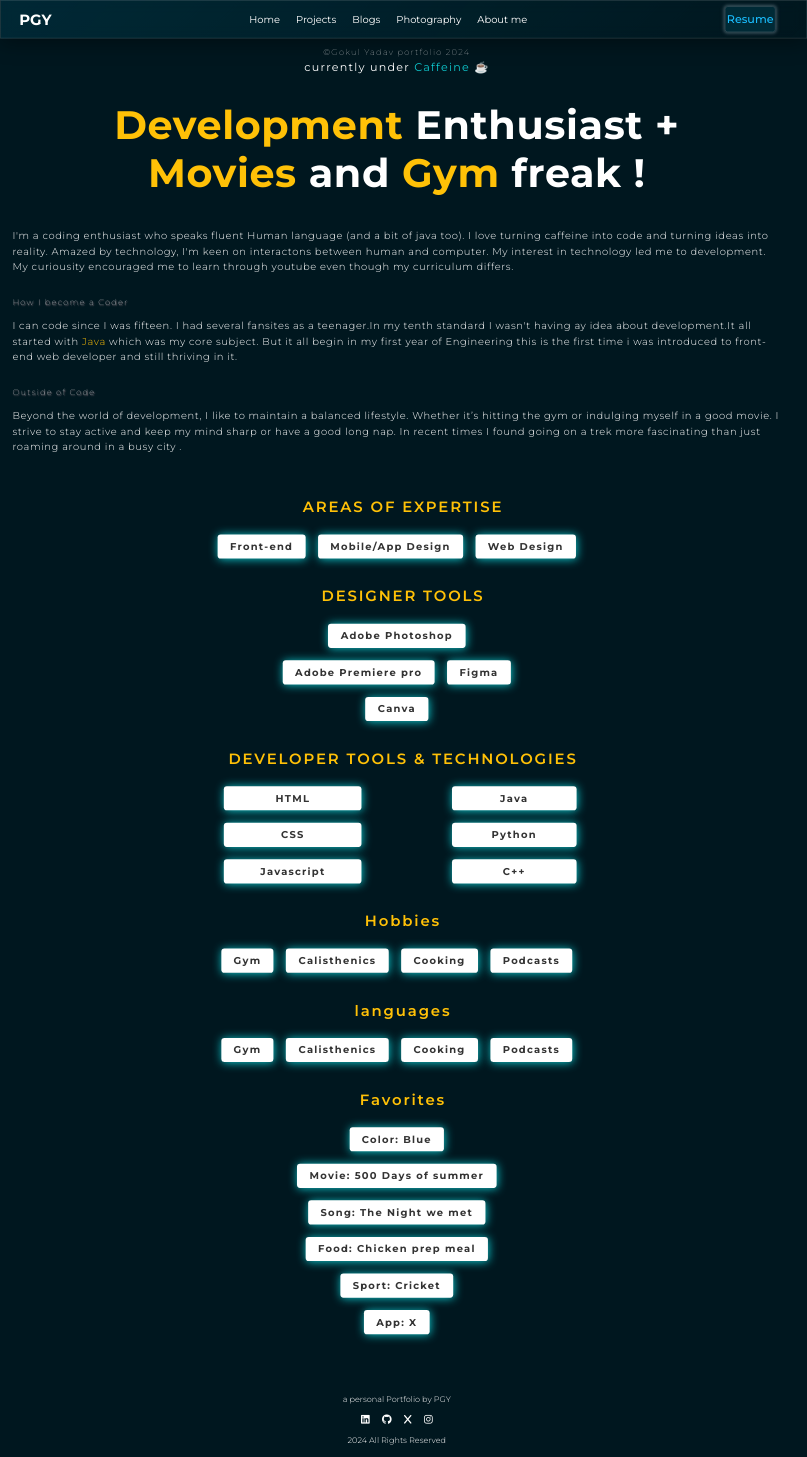
Repository: pgyunknown/pgyunknown
Page: aboutme.html
These files come from the project's save history. The page is drawn as it stood at one moment and after the next save; the edit follows.
The browser window is 1280 px wide. The page is 1302 px wide, so the pictures cover 1302 px, including what lies to the right of the window. The pictures show the whole page, at 62% of full size.
Some web libraries are served in a nearby version.

Above is the page before, as saved 2024-08-25 14:55:14.

### aboutme.html
<!DOCTYPE html>
<html lang="en">
<head>
    <meta charset="UTF-8">
    <meta name="viewport" content="width=device-width, initial-scale=1.0">
    <title>Personal portfolio</title>
    <link rel="stylesheet" href="aboutme.css">
    <link rel="preconnect" href="https://fonts.googleapis.com">
<link rel="preconnect" href="https://fonts.gstatic.com" crossorigin>
<link href="https://fonts.googleapis.com/css2?family=Libre+Baskerville:ital,wght@0,400;0,700;1,400&family=Montserrat:ital,wght@0,100..900;1,100..900&family=Titillium+Web:ital,wght@0,200;0,300;0,400;0,600;0,700;0,900;1,200;1,300;1,400;1,600;1,700&display=swap" rel="stylesheet">
<link rel="stylesheet" href="https://cdnjs.cloudflare.com/ajax/libs/font-awesome/6.6.0/css/all.min.css" integrity="sha512-Kc323vGBEqzTmouAECnVceyQqyqdsSiqLQISBL29aUW4U/M7pSPA/gEUZQqv1cwx4OnYxTxve5UMg5GT6L4JJg==" crossorigin="anonymous" referrerpolicy="no-referrer" />
</head>
<body>

    <header class="h">
        <div class="pgy_con">
                <div class="pgy"><a href="#">PGY</a></div>
        </div>
        <nav>
                <div class="nav_bar">
                <a href="index.html" id="home">Home</a>
                <a href="project.html"id="projects">Projects</a>
                <a href="blog.html"id="blogs">Blogs</a>
                <a href="photography.html"id="photo">Photography</a>
                <a href="aboutme.html"id="About">About me</a>
                </div>
            </nav>
        <div class="resume_con">
                <button onclick="alert('Resume yet to be uploaded')">Resume</button>
        </div>
    </header>

    <main>
        <div class="caption">
        <div class="caption1"><p><span>&#169;</span>Gokul Yadav portfolio 2024</p></div>
        <div class="caption2"><p>currently under <span>Caffeine</span> &#9749</p></div>
    </div>

    <div class="about">
        <div class="about1"><h1><span>Development</span> Enthusiast +</h1></div>
        <div class="about2"><h1><span>Movies</span> and <span>Gym</span> freak !</h1></div>
    </div>

    <div class="aboutme">
        <p>I'm a coding enthusiast who speaks fluent Human language (and a bit of java too). I love turning caffeine into code and turning ideas into reality. Amazed by technology, I'm keen on interactons between human and computer. My interest in technology led me to development. My curiousity encouraged me to learn through youtube even though my curriculum differs.</p><br><br>
        <h5>How I become a Coder</h5><br>
        <p>I can code since I was fifteen. I had several fansites as a teenager.In my tenth standard I wasn't having ay idea about development.It all started with <span>Java</span> which was my core subject. But it all begin  in my first year of Engineering this is the first time i was introduced to front-end web developer and still thriving in it.</p><br><br>
        <h5>Outside of Code</h5><br>
        <p>Beyond the world of development, I like to maintain a balanced lifestyle. Whether it’s hitting the gym or indulging myself in a good movie. I strive to stay active and keep my mind sharp or have a good long nap. In recent times I found going on a trek more fascinating than just roaming around in a  busy city .</p>

    </div>

    <div class="container">
        <div class="heading">
            <h1>AREAS OF EXPERTISE</h1>
        </div>
        <div class="areas">
            <ul>
                <li>Front-end</li>
                <li>Mobile/App Design</li>
                <li>Web Design</li>
            </ul>
        </div><br><br>
        <div class="heading">
            <h1>DESIGNER TOOLS</h1>
        </div>
        <div class="tools">
            <div class="column">
                <ul>
                    <li>Adobe Photoshop</li>
                    <li>Adobe Premiere pro</li>
                    <li>Figma</li>
                    <li>Canva</li>
                </ul>
            </div>
            <!-- <div class="column">
                <ul>
                    <li>Adobe Illustrator</li>
                    <li>Adobe InDesign</li>
                    <li>FigJam</li>
                    <li>Zeplin</li>
                    <li>SketchUp</li>
                </ul>
            </div> -->
        </div><br><br>
        <div class="heading">
            <h1>DEVELOPER TOOLS & TECHNOLOGIES</h1>
        </div>
        <div class="technologies">
            <div class="column">
                <ul>
                    <li>HTML</li>
                    <li>CSS</li>
                    <li>Javascript</li>
                </ul>
            </div>
            <div class="column">
                <ul>
                    <li>Java</li>
                    <li>Python</li>
                    <li>C++</li>
                </ul>
            </div>
        </div><br><br>

                <div class="heading">
            <h1>Hobbies</h1>
        </div>
        <div class="areas">
            <ul>
                    <li>Gym</li>
                    <li>Calisthenics</li>
                    <li>Cooking</li>
                    <li>Podcasts</li>
            </ul>
        </div><br><br>



                <div class="heading">
            <h1>languages</h1>
        </div>
        <div class="areas">
            <ul>
                    <li>Gym</li>
                    <li>Calisthenics</li>
                    <li>Cooking</li>
                    <li>Podcasts</li>
            </ul>
        </div><br><br>


        <div class="heading">
            <h1>Favorites</h1>
        </div>
        <div class="fav">
            <ul>
                    <li>Color: Blue</li>
                    <li>Movie: 500 Days of summer</li>
                    <li>Song: The Night we met</li>
                    <li>Food: Chicken prep meal</li>
                    <li>Sport: Cricket</li>
                    <li>App: X</li>
            </ul>
        </div><br><br>
    </main>

    <footer>
        <div class="footer_port">a personal Portfolio by PGY</div>
        <div class="footer_icons">
            <a href="https://www.linkedin.com/in/p-gokul-yadav-82548a295?utm_source=share&utm_campaign=share_via&utm_content=profile&utm_medium=android_app" alt="Gokul's linkedin profile" target="_blank"><i class="fa-brands fa-linkedin"></i></a>
            <a href="https://github.com/pgyunknown" alt="Gokul Github profile" target="_blank" alt="Gokul's Github profile" ><i class="fa-brands fa-github"></i></a>
            <a href=" https://x.com/cody_hunk?t=EkARfGCWhhBT_BHbby4DGw&s=08 " target="_blank" alt="Gokul's X profile" ><i class="fa-brands fa-x" ></i></a>
            <a href="#" target="_blank" alt="Gokul's fa-instagram profile" ><i class="fa-brands fa-instagram" ></i></a>
        </div>
        <div class="copyrights">2024 All Rights Reserved</div>
    </footer>

### aboutme.css
*{margin: 0px;
    padding: 0px;
}
body{
    background-color: #00171F;
    color: white;
    box-sizing: border-box;


}
a{
    text-decoration: none;
    color: inherit;
}

header{
    display: flex;
    justify-content: space-between;
    align-items: center;
    padding: 10px;
    /* Glassy effect */
    background: linear-gradient(135deg, rgba(0, 200, 255, 0.1), rgba(255, 255, 255, 0));
    backdrop-filter: blur(10px);
    -webkit-backdrop-filter: blur(10px);
    border:1px solid rgba(255, 255, 255, 0.18);
    box-shadow: 0 8px 32px 0 rgba(0, 0, 0, 0.37);
    overflow: hidden;
    position: sticky; /* Set the navbar to fixed position */
    top: 0; /* Position the navbar at the top of the page */
    height: 40px;
    width: 100%;
}

.pgy_con
{
    margin-left: 20px;
    font-family: "Montserrat", sans-serif;
    font-optical-sizing: auto;
    font-size: x-large;
    font-weight: 700;
    font-style: normal;
    align-items: end;

}

.pgy_con .pgy a{
    text-decoration: none;
}
.nav_bar {
        /* height: 50px; */
    width: 500px;
    display: flex;
    justify-content: space-evenly;
    transition-property: all;
    transition-timing-function: ease-in-out;
    transition-delay: 1s;
}

.nav_bar a{
    box-sizing: border-box;
    font-family: "Montserrat", sans-serif;
    font-optical-sizing: auto;
    font-weight: 400;
    font-style: normal;
    text-decoration: none;
    justify-content: space-around;
    align-items: center;
    padding-top:10px;
    padding-bottom :10px;
    /* padding-right:10px ;
    padding-left:10px ; */
}

.nav_bar a:hover{
    color: #FFC107;
    text-shadow: #FFC107 0px 0px  1px;
    border-bottom: 0.5px solid #FFC107;


}


.resume_con {
    display: flex;
    justify-content: center;
    margin-right: 20px;
    background-color: #00171F;
    margin-right: 40px;
}
.resume_con button{
    background-color:rgba(0, 200, 255, 0.1);
    box-sizing: content-box;
    height: 2.5rem;
    width: 5rem;
    font-family: "Montserrat", sans-serif;
    font-optical-sizing: auto;
    font-size: large;
    font-weight: 500;
    font-style: normal;
    color: #1ABEFF;
    border: 0.0001px solid #3c555f;
    border-radius: 0.3rem;
    box-shadow: 0px 0px 5px 2px #3c555f;

}

main{
    height: 100%;
    width: 100%;
    position: relative;
}
main .caption{
    line-height: 25px;
    letter-spacing: 2px;
    display: flex;
    flex-direction:column;
    justify-content: top;
    align-items: center;
    margin: 10px;
    padding-bottom: 30px;
    /* color: #1ABEFF;
    border: 0.0001px solid #3c555f;
    border-radius: 0.3rem;
    box-shadow: 0px 0px 5px 2px #3c555f; */

}

main .caption .caption1{
    font-family: "Montserrat", sans-serif;
    font-optical-sizing: auto;
    font-size: smaller;
    font-weight: 100;
    font-style: normal;
}

main .caption .caption2{
    font-family: "Montserrat", sans-serif;
    font-optical-sizing: auto;
    font-size: large;
    font-weight: 400;
    font-style: normal;
}

main .caption .caption2 span{
    color: #0ecad0;
}

main .about{
    display: flex;
    flex-direction:column;
    justify-content: top;
    align-items: center;
    margin: 10px;
    padding-bottom: 30px;
    letter-spacing: 1px;

    font-family: "Montserrat", sans-serif;
    font-optical-sizing: auto;
    font-size: xx-large;
    font-weight: 400;
    font-style: normal;
}

main .aboutme{
    margin: 20px;
}
main .about span{
    color: #FFC107;
}

main .aboutme h5{
    font-family: "Montserrat", sans-serif;
    font-optical-sizing: auto;
    font-size: light;
    font-weight: 100;
    font-style: normal;
    letter-spacing: 2px;
    text-shadow: 1px 1px 2px pink;
}
main .aboutme p{
    letter-spacing: 1px;
    line-height: 25px;

    font-family: "Montserrat", sans-serif;
    font-optical-sizing: auto;
    font-size: normal;
    font-weight: 300;
    font-style: normal;
}

main .aboutme span{
    color: #FFC107;
}

.container {
    width: 80%;
    margin: 0 auto;
    padding: 50px 0;
    text-align: center;
}
.heading {
    margin-bottom: 20px;
}
.heading h1 {
    letter-spacing: 3px;
    color: #FFC107;
    font-size: 24px;
    margin-left: 20px;
    font-family: "Montserrat", sans-serif;
    font-optical-sizing: auto;
    font-size: x-large;
    font-weight: 600;
    font-style: normal;
    align-items: end;

}
.areas ul,
.tools ul,
.technologies ul {
    list-style: none;
    padding: 0;
    margin: 0;
    display: flex;
    flex-direction: row;
    flex-wrap: wrap;
    justify-content: center;
    letter-spacing: 2px;

        /* font-size: 24px;
    margin-left: 20px; */
    font-family: "Montserrat", sans-serif;
    font-optical-sizing: auto;
    font-size: normal;
    font-weight: 700;
    font-style: bold;
}
.areas li,
.tools li,
.technologies li {
    background-color: #fff;
    padding: 10px 20px;
    margin: 10px;
    border-radius: 5px;
    color: #333;
    box-shadow: 1px 1px 15px #0ecad0;
}
.tools,
.technologies {
    display: flex;
    justify-content: center;
    align-items: center;
}
.tools .column,
.technologies .column li{
    width: 48%;
    display: flex;
    flex-direction: column;
}
.designed {
    margin-top: 50px;
    font-size: 14px;
    color: #666;
}
/* .container .fav{
    width: 100%;
} */
.fav ul{
        list-style: none;
    padding: 0;
    margin: 0;
    display: flex;
    flex-direction: column;
    flex-wrap: wrap;
    justify-content: center;
    align-items: center;
    letter-spacing: 2px;
/* width: 500px; */
    font-family: "Montserrat", sans-serif;
    font-optical-sizing: auto;
    font-size: normal;
    font-weight: 700;
    font-style: bold;
}
.fav li{
    background-color: #fff;
    padding: 10px 20px;
    margin: 10px;
    border-radius: 5px;
    color: #333;
    box-shadow: 1px 1px 15px #0ecad0;
}



footer{
    display: flex;
    flex-direction:column;
    justify-content: space-evenly;
    align-items: center;
    margin-bottom: 20px;

    font-family: "Montserrat", sans-serif;
    font-optical-sizing: auto;
    font-size: small;
    font-weight: 300;
    font-style: normal;
}

.footer_icons{
    display: flex;
    justify-content: center;
    align-items: center;
    width: 50px;
    height: 50px;
}



.copyrights{
    display: flex;
    justify-content: center;
    align-items: center;
}

.footer_icons a{
font-size: medium;
padding: 10px;
width: 50px;
height: 50px;
display: flex;
justify-content: center;
align-items: center;

}

After the next save:
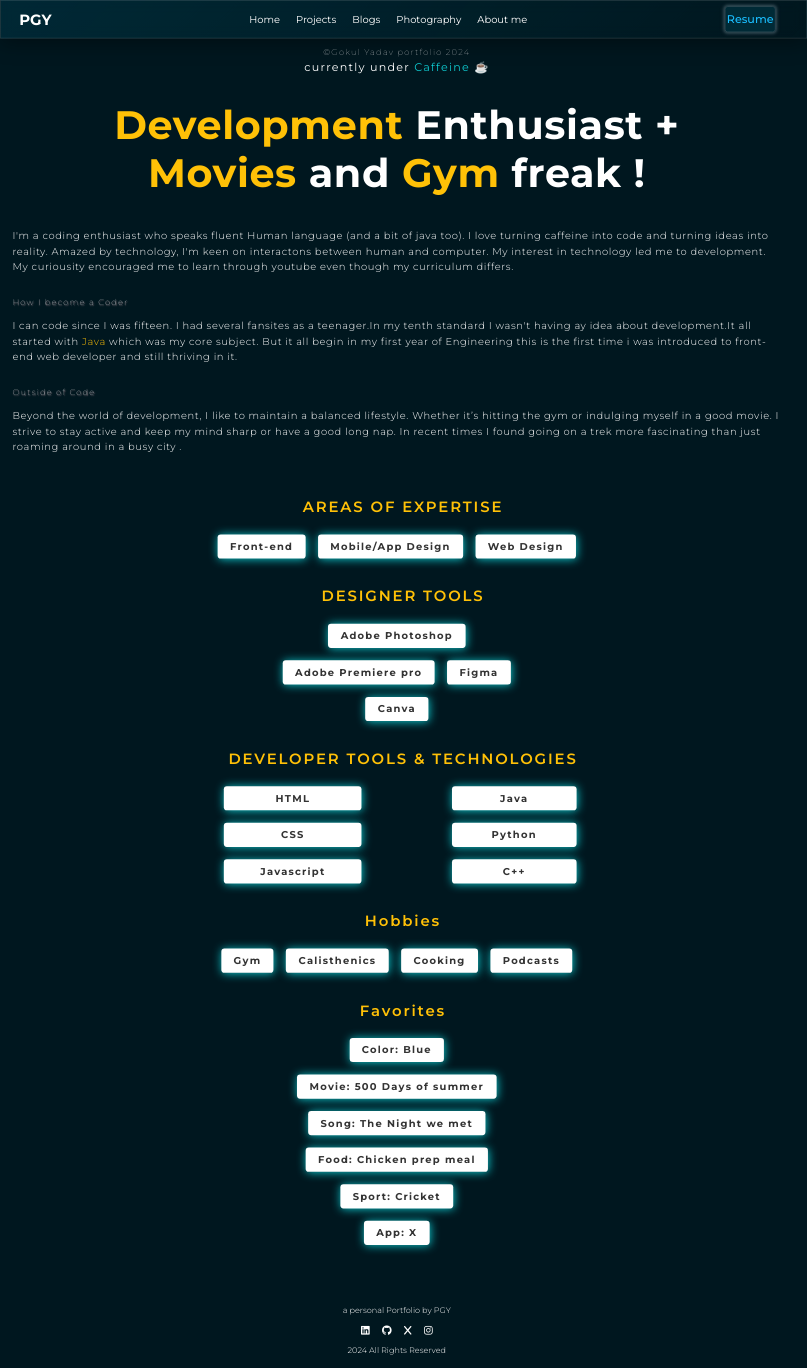
Saved 10 s later.
--- a/aboutme.html
+++ b/aboutme.html
@@ -117,19 +117,6 @@
 
 
 
-                <div class="heading">
-            <h1>languages</h1>
-        </div>
-        <div class="areas">
-            <ul>
-                    <li>Gym</li>
-                    <li>Calisthenics</li>
-                    <li>Cooking</li>
-                    <li>Podcasts</li>
-            </ul>
-        </div><br><br>
-
-
         <div class="heading">
             <h1>Favorites</h1>
         </div>

After the 2 saves that followed:
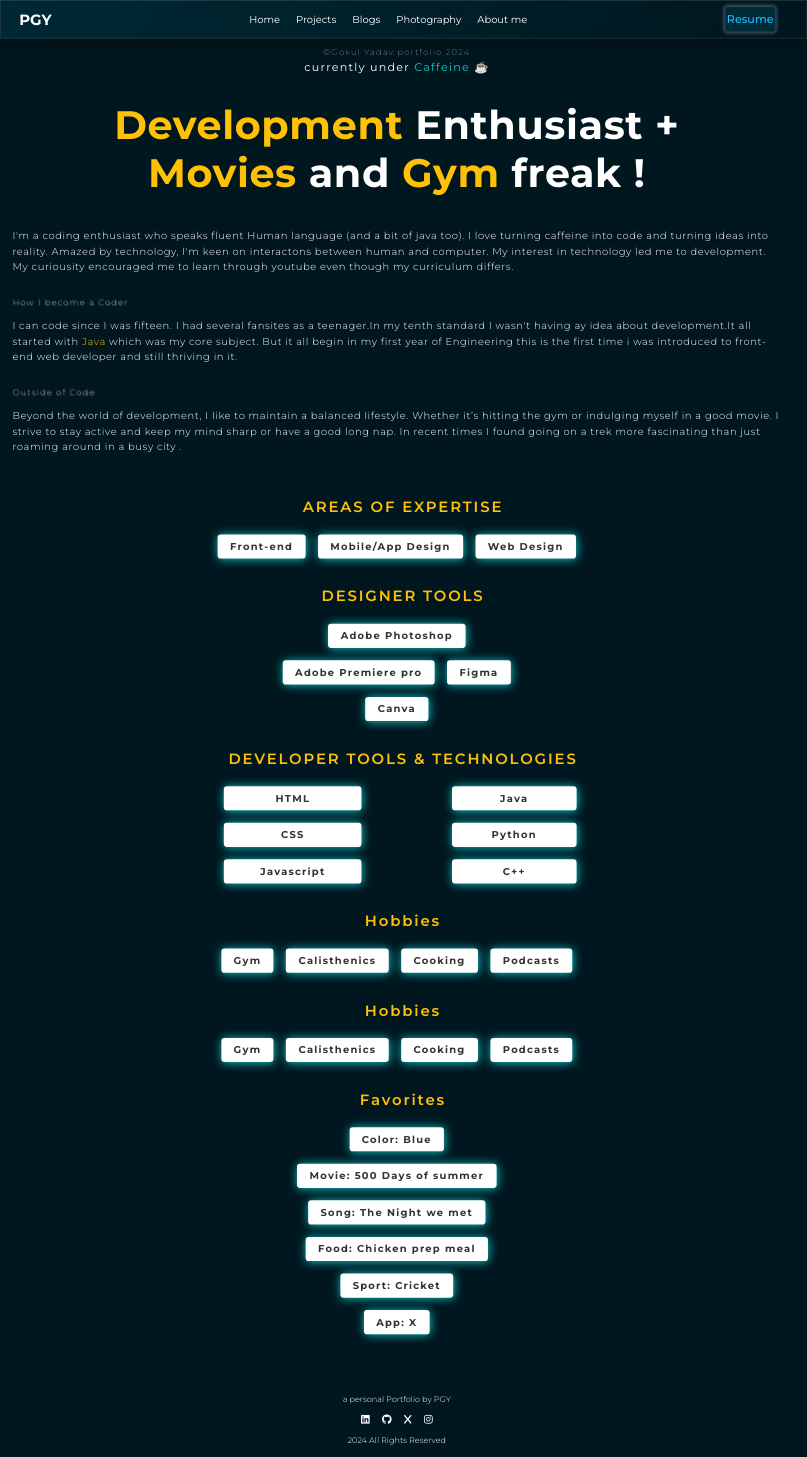
The 2 saves are shown as one change because they came seconds apart.
The last was saved 5 s later.
--- a/aboutme.html
+++ b/aboutme.html
@@ -103,6 +103,7 @@
             </div>
         </div><br><br>
 
+
                 <div class="heading">
             <h1>Hobbies</h1>
         </div>
@@ -115,7 +116,17 @@
             </ul>
         </div><br><br>
 
-
+                <div class="heading">
+            <h1>Hobbies</h1>
+        </div>
+        <div class="areas">
+            <ul>
+                    <li>Gym</li>
+                    <li>Calisthenics</li>
+                    <li>Cooking</li>
+                    <li>Podcasts</li>
+            </ul>
+        </div><br><br>
 
         <div class="heading">
             <h1>Favorites</h1>
